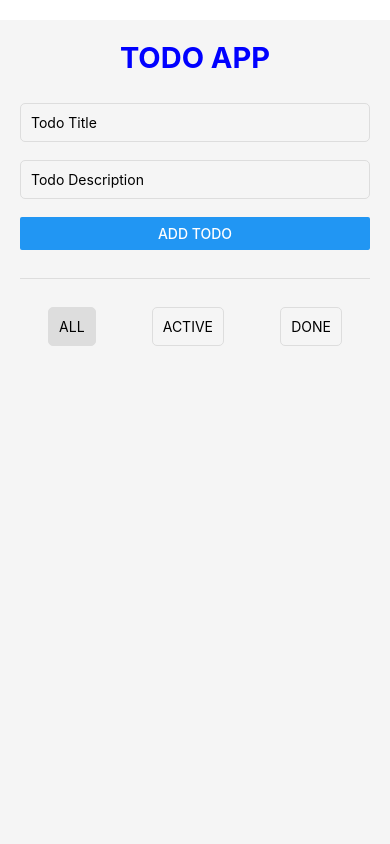
Repository: mohamed-omar-mubark/react-native-todo
Screen: /
The author's editor kept a copy of each file at every save. The screen is drawn from the files as they stood at one save, then again after a run of saves.
The app was drawn by React Native's web renderer in a window 390 px wide. The project was rebuilt for these pictures with package versions that can differ from the ones it lists, and the page was loaded fresh each time.

Above is the screen before, as saved 2024-08-07 18:04:10.

### App.js
import React, { useState } from "react";
import {
  StyleSheet,
  Text,
  View,
  TextInput,
  Button,
  FlatList,
  TouchableOpacity,
} from "react-native";

export default function App() {
  const [title, setTitle] = useState("");
  const [description, setDescription] = useState("");
  const [todos, setTodos] = useState([]);
  const [filter, setFilter] = useState("All");

  const addTodo = () => {
    if (title && description) {
      setTodos([
        ...todos,
        { id: Date.now(), title, description, status: "active" },
      ]);
      setTitle("");
      setDescription("");
    }
  };

  const changeStatus = (id, status) => {
    setTodos(
      todos.map((todo) => (todo.id === id ? { ...todo, status } : todo))
    );
  };

  const getFilteredTodos = () => {
    if (filter === "All") return todos;
    return todos.filter((todo) => todo.status === filter.toLowerCase());
  };

  return (
    <View style={styles.container}>
      <Text style={styles.title}>TODO APP</Text>
      <TextInput
        style={styles.input}
        placeholder="Todo Title"
        value={title}
        onChangeText={setTitle}
      />
      <TextInput
        style={styles.input}
        placeholder="Todo Description"
        value={description}
        onChangeText={setDescription}
      />
      <Button title="Add Todo" onPress={addTodo} />
      <View style={styles.divider} />
      <View style={styles.filterContainer}>
        {["All", "active", "done"].map((status) => (
          <TouchableOpacity key={status} onPress={() => setFilter(status)}>
            <Text
              style={[
                styles.filterButton,
                filter === status && styles.selectedFilter,
              ]}>
              {status.toUpperCase()}
            </Text>
          </TouchableOpacity>
        ))}
      </View>
      <FlatList
        data={getFilteredTodos()}
        keyExtractor={(item) => item.id.toString()}
        renderItem={({ item }) => (
          <View style={styles.todoItem}>
            <Text style={styles.todoTitle}>{item.title}</Text>
            <Text style={styles.todoDescription}>{item.description}</Text>
            {item.status === "active" ? (
              <Button
                title="Mark as Done"
                onPress={() => changeStatus(item.id, "done")}
              />
            ) : (
              <Button
                title="Mark as Active"
                onPress={() => changeStatus(item.id, "active")}
              />
            )}
          </View>
        )}
      />
    </View>
  );
}

const styles = StyleSheet.create({
  container: {
    flex: 1,
    display: "flex",
    justifyContent: "center",
    alignContent: "center",
    marginTop: 20,
    padding: 20,
    gap: 8,
    backgroundColor: "#f5f5f5",
  },
  title: {
    fontSize: 29,
    fontWeight: "bold",
    textAlign: "center",
    color: "blue",
    marginBottom: 20,
  },
  input: {
    borderWidth: 1,
    borderColor: "#ddd",
    padding: 10,
    marginBottom: 10,
    borderRadius: 5,
  },
  divider: {
    height: 1,
    backgroundColor: "#ddd",
    marginVertical: 20,
  },
  filterContainer: {
    flexDirection: "row",
    justifyContent: "space-around",
    marginBottom: 20,
  },
  filterButton: {
    padding: 10,
    borderRadius: 5,
    borderWidth: 1,
    borderColor: "#ddd",
    textAlign: "center",
  },
  selectedFilter: {
    backgroundColor: "#ddd",
  },
  todoItem: {
    padding: 20,
    borderBottomWidth: 1,
    borderBottomColor: "#ddd",
  },
  todoTitle: {
    fontSize: 18,
    fontWeight: "bold",
  },
  todoDescription: {
    fontSize: 14,
    color: "#555",
  },
});

After the next 2 saves:
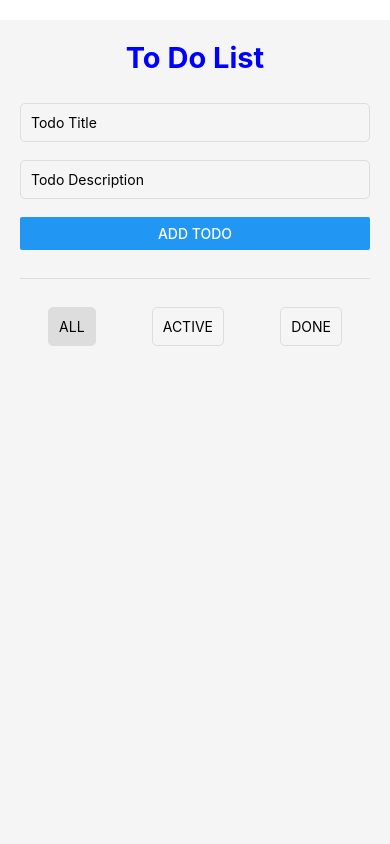
The 2 saves are shown as one change because they came seconds apart.
The last was saved 95 s later.
--- a/App.js
+++ b/App.js
@@ -39,7 +39,7 @@ export default function App() {
 
   return (
     <View style={styles.container}>
-      <Text style={styles.title}>TODO APP</Text>
+      <Text style={styles.title}>To Do List</Text>
       <TextInput
         style={styles.input}
         placeholder="Todo Title"
